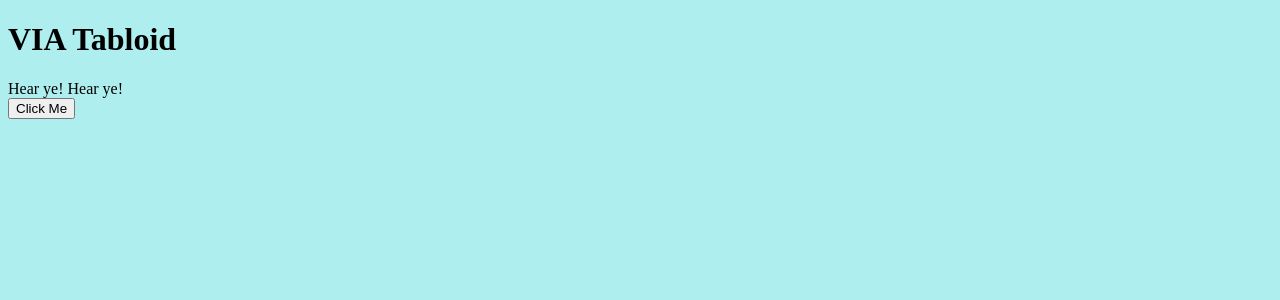
Repository: pimbp/doc_assign
Page: Frontend/index.html
An editor plug-in stored every save of this project. The page is shown before and after the next save, followed by the edit.
The browser window is 1280 px wide. The pictures show the whole page.

Above is the page before, as saved 2026-02-25 16:36:07.

### Frontend/index.html
<!DOCTYPE html>
<html>
<head>
    <link rel="stylesheet" href="style/fancy.css">
</head>
<body>
    <h1>VIA Tabloid</h1>
    <div id="sensation">Hear ye! Hear ye! </div>
    <button onclick="myFunction()">Click Me</button>
    <script src="functions/funct.js"></script>
</body>
</html>

### Frontend/style/fancy.css
body { background-color: paleturquoise; }

#sensational {
    font-family: Impact, Haettenschweiler, 'Arial Narrow Bold', sans-serif;
    font-size: 24px;
    color: red;
    font-weight: bold;

    max-width: 90%;
    background-color: thistle;
    border-radius: 15%;
}

### Frontend/functions/funct.js
function myFunction() { alert('Connected!'); }

After the next save:
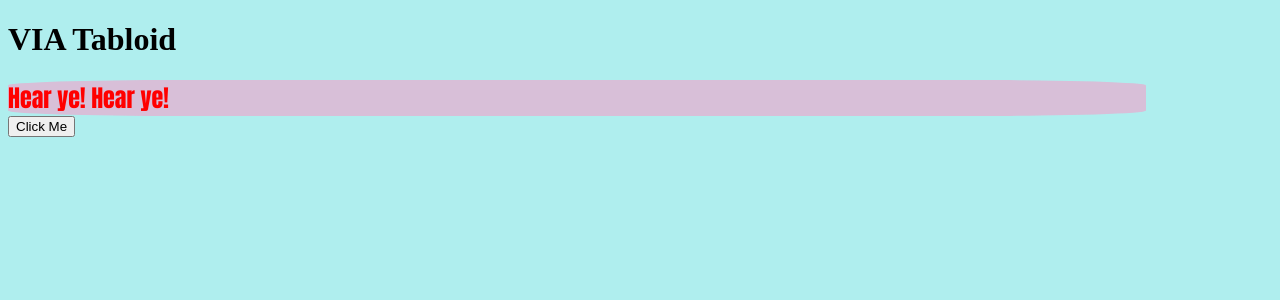
Saved 20 s later.
--- a/Frontend/index.html
+++ b/Frontend/index.html
@@ -5,7 +5,7 @@
 </head>
 <body>
     <h1>VIA Tabloid</h1>
-    <div id="sensation">Hear ye! Hear ye! </div>
+    <div id="sensational">Hear ye! Hear ye! </div>
     <button onclick="myFunction()">Click Me</button>
     <script src="functions/funct.js"></script>
 </body>
